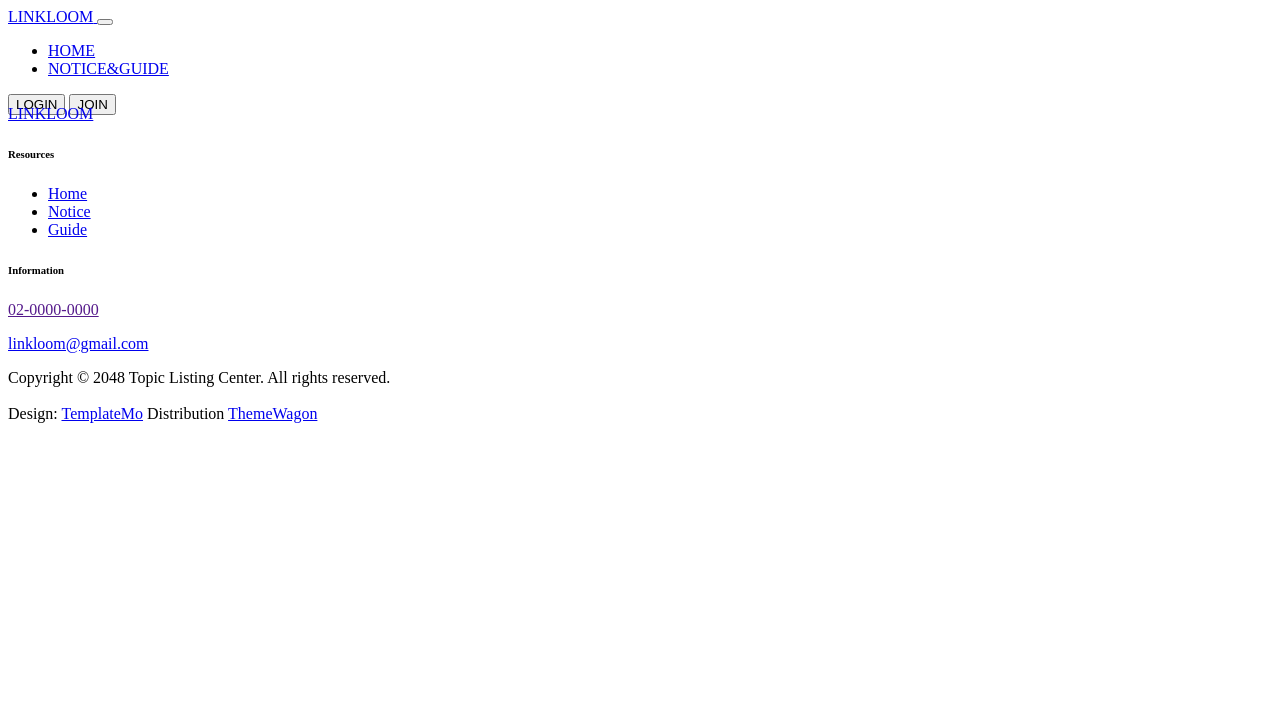
Repository: zzzzzzin/LinkLoom
Page: http://localhost/LinkLoom/notice_guide/notice.jsp
These files come from the project's save history. The page is drawn as it stood at one moment and after the next save; the edit follows.
The browser window is 1280 px wide. The pictures show the whole page.
The page is served by Tomcat 9. Other server files are loaded and not shown.

Above is the page before, as saved 2024-05-04 15:04:38.

### LinkLoom/src/main/webapp/notice_guide/notice.jsp
<%@ page language="java" contentType="text/html; charset=UTF-8"
    pageEncoding="UTF-8"%>
<!DOCTYPE html>
<html>
<head>
<meta charset="UTF-8">
<title>Insert title here</title>
</head>
<body>
	<!-- 비회원 전용 템플릿입니다.  -->
	<%@ include file="/inc/header_visit.jsp" %>

	<!-- 공지사항 페이지입니다. -->


	<%@ include file="/inc/footer.jsp" %>
</body>
</html>

### LinkLoom/src/main/webapp/inc/header_visit.jsp
<%@ page language="java" contentType="text/html; charset=UTF-8"
    pageEncoding="UTF-8"%>

<main>
<div id="site-header" class="site-header">
            <div id="sticky-wrapper" class="sticky-wrapper" style="height: 97px;">
            <nav class="navbar navbar-expand-lg" style="">
                <div class="container">
                    <a class="navbar-brand" href="index.html">
                        <i class="bi-back"></i>
                        <span>LINKLOOM</span>
                    </a>

                    <button class="navbar-toggler collapsed" type="button" data-bs-toggle="collapse" data-bs-target="#navbarNav" aria-controls="navbarNav" aria-expanded="false" aria-label="Toggle navigation">
                        <span class="navbar-toggler-icon"></span>
                    </button>

                    <div class="collapse navbar-collapse" id="navbarNav">
                        <ul class="navbar-nav ms-lg-5 me-lg-auto">
                            <li class="nav-item">
                                <a class="nav-link click-scroll menu active" href="/linkloom/visit_home.jsp">HOME</a>
                            </li>

                            <li class="nav-item">
                                <a class="nav-link click-scroll menu active" href="/linkloom/notice_guide/notice.jsp">NOTICE&amp;GUIDE</a>
                            </li>

                        </ul>

                        <div class="d-none d-lg-block">
                            <button type="button" class="logout-btn" onclick="location.href='/linkloom/login.jsp';">LOGIN</button>
                            <button type="button" class="logout-btn" onclick="location.href='/linkloom/join.jsp';">JOIN</button>
                        </div>
					</div>
				</div>
            </nav>
            </div>
      </div>
</main>

### LinkLoom/src/main/webapp/inc/footer.jsp
<%@ page language="java" contentType="text/html; charset=UTF-8"
    pageEncoding="UTF-8"%>

<footer class="site-footer section-padding">
            <div class="container">
                    <div class="col-lg-3 col-12 mb-4 pb-2">
                        <a class="navbar-brand mb-2" href="#site-header">
                            <i class="bi-back"></i>
                            <span>LINKLOOM</span>
                        </a>
                    </div>
                <div class="row">



                    <div class="col-lg-3 col-md-4 col-6">
                        <h6 class="site-footer-title mb-3">Resources</h6>

                        <ul class="site-footer-links">
                            <li class="site-footer-link-item">
                                <a href="#site-header" class="site-footer-link">Home</a>
                            </li>

                            <li class="site-footer-link-item">
                                <a href="/linkloom/notice_guide/notice.jsp" class="site-footer-link">Notice</a>
                            </li>

                            <li class="site-footer-link-item">
                                <a href="/linkloom/notice_guide/guide.jsp" class="site-footer-link">Guide</a>
                            </li>

                        </ul>
                    </div>

                    <div class="col-lg-3 col-md-4 col-6 mb-4 mb-lg-0">
                        <h6 class="site-footer-title mb-3">Information</h6>

                        <p class="text-white d-flex mb-1">
                            <a href="" class="site-footer-link">
                                02-0000-0000
                            </a>
                        </p>

                        <p class="text-white d-flex">
                            <a href="mailto:info@company.com" class="site-footer-link">
                                linkloom@gmail.com
                            </a>
                        </p>
                    </div>
                    <div class="col-lg-3 col-md-4 col-6 mb-4 mb-lg-0">

                        <p class="copyright-text ">Copyright © 2048 Topic Listing Center. All rights reserved.
                        <br><br>Design: <a rel="nofollow" href="https://templatemo.com" target="_blank">TemplateMo</a> Distribution <a href="https://themewagon.com">ThemeWagon</a></p>
                    </div>


                </div>
            </div>
        </footer>

After the next save:
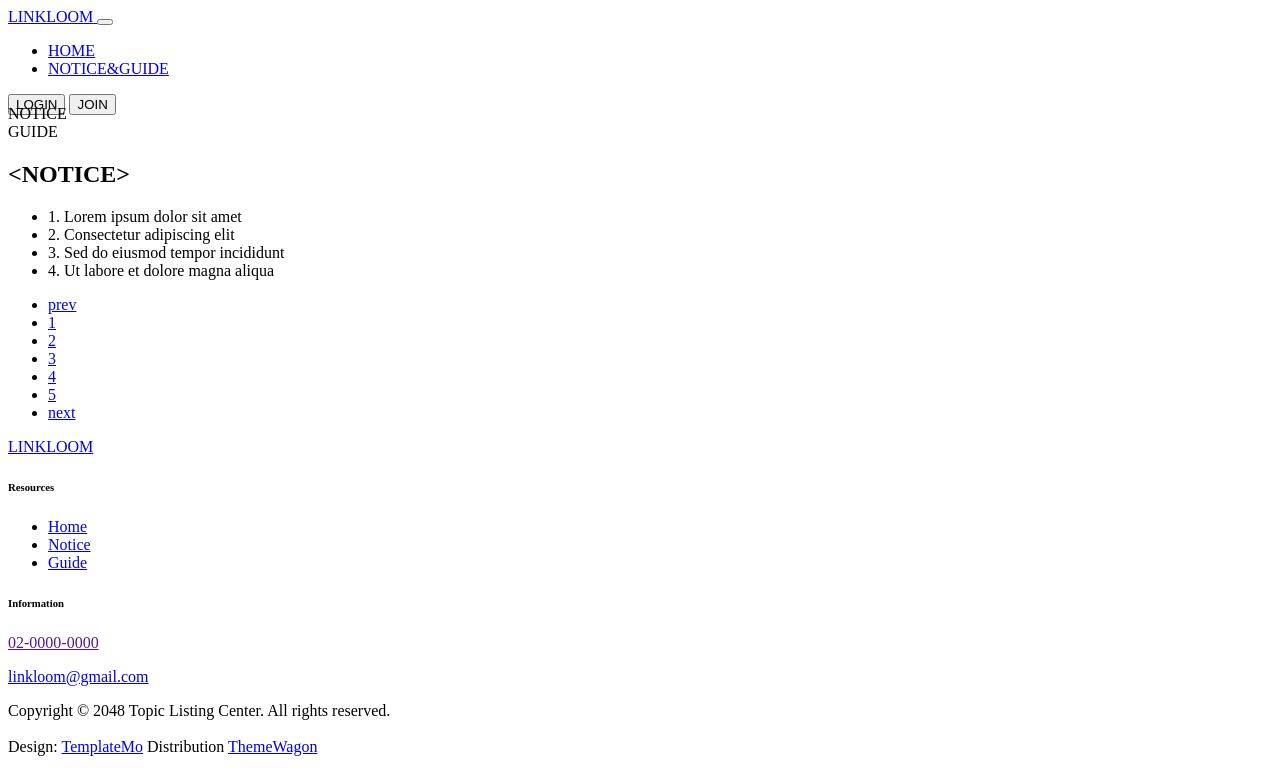
Saved 14 s later.
--- a/LinkLoom/src/main/webapp/notice_guide/notice.jsp
+++ b/LinkLoom/src/main/webapp/notice_guide/notice.jsp
@@ -11,7 +11,30 @@
 	<%@ include file="/inc/header_visit.jsp" %>
 
 	<!-- 공지사항 페이지입니다. -->
-
+<div class="container">
+        <div class="menu">
+            <div>NOTICE</div>
+            <div>GUIDE</div>
+        </div>
+        <div class="content">
+            <h2>&lt;NOTICE&gt;</h2>
+            <ul>
+                <li>1. Lorem ipsum dolor sit amet</li>
+                <li>2. Consectetur adipiscing elit</li>
+                <li>3. Sed do eiusmod tempor incididunt</li>
+                <li>4. Ut labore et dolore magna aliqua</li>
+            </ul>
+            <ul class="pagination">
+                <li><a href="#">prev</a></li>
+                <li><a href="#">1</a></li>
+                <li><a href="#">2</a></li>
+                <li><a href="#">3</a></li>
+                <li><a href="#">4</a></li>
+                <li><a href="#">5</a></li>
+                <li><a href="#">next</a></li>
+            </ul>
+        </div>
+    </div>
 
 	<%@ include file="/inc/footer.jsp" %>
 </body>
